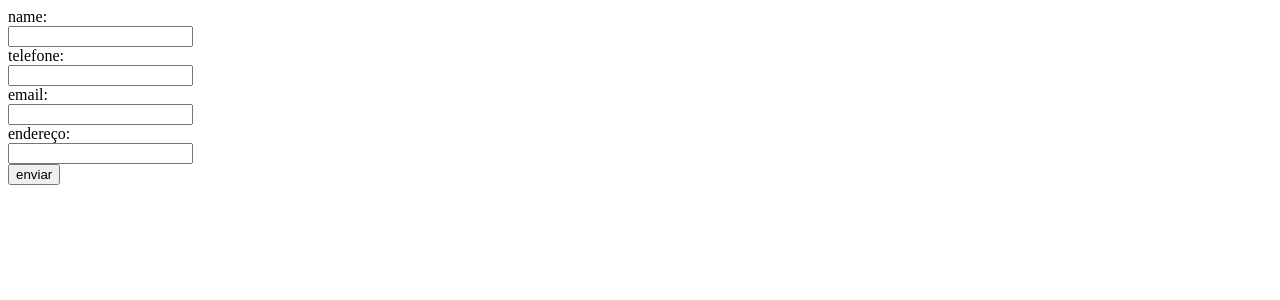
Repository: ygohamon/Java-Projeto-Ygohamon
Page: agenda-contato/WebContent/index.html
These files come from the project's save history. The page is drawn as it stood at one moment and after the next save; the edit follows.
The browser window is 1280 px wide. The pictures show the whole page.

Above is the page before, as saved 2017-10-24 23:57:31.

After the next save:
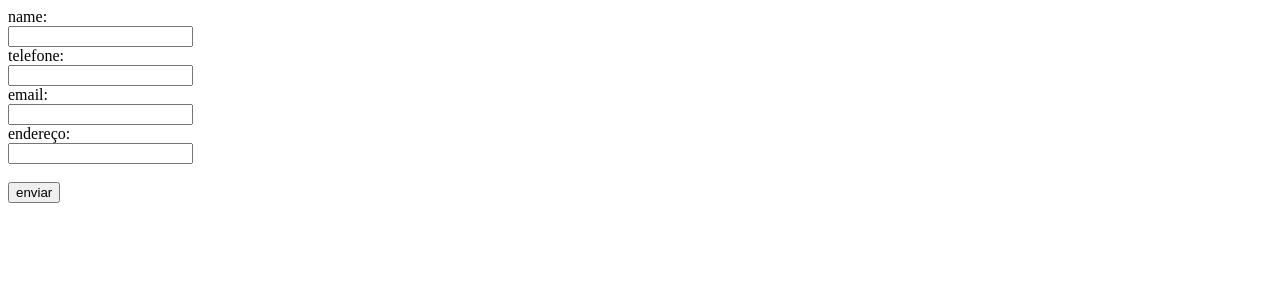
Saved 8 s later.
--- a/agenda-contato/WebContent/index.html
+++ b/agenda-contato/WebContent/index.html
@@ -9,7 +9,7 @@
 	name:</br> <input type="text" name="nome" id="nome"></br>
 	telefone:</br> <input type="text" name="telefone" id="telefone"></br>
 	email:</br> <input type="text" name="email" id="email"></br>
-	endereço:</br> <input type="text" name="endereco" id="endereco"></br>
+	endereço:</br> <input type="text" name="endereco" id="endereco"></br></br>
 	<input type="submit" title="enviar" value="enviar">
 
 </form>
